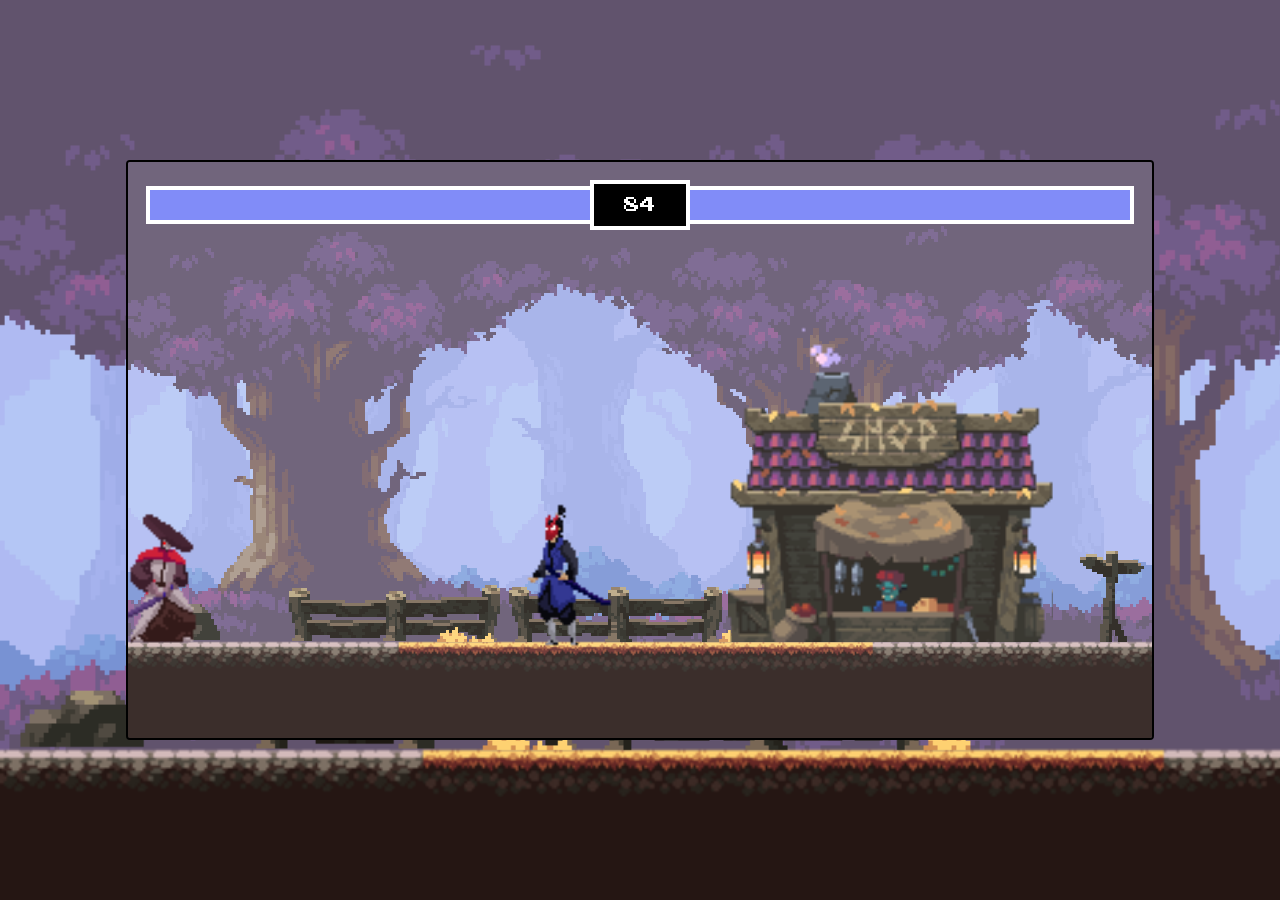
Repository: LuizAGDomingues/js-fighting-game
Page: index.html
An editor plug-in stored every save of this project. The page is shown before and after the next save, followed by the edit.
The browser window is 1280 px wide. The pictures show the whole page.

Above is the page before, as saved 2022-12-24 10:02:13.

### index.html
<!DOCTYPE html>
<html lang="en">
  <head>
    <meta charset="UTF-8" />
    <link rel="icon" type="image/svg+xml" href="./images/Logo.jpg" />
    <link rel="preconnect" href="https://fonts.googleapis.com" />
    <link rel="preconnect" href="https://fonts.gstatic.com" crossorigin />
    <link href="https://fonts.googleapis.com/css2?family=Press+Start+2P&display=swap" rel="stylesheet" />
    <link href="./src/css/battle.css" rel="stylesheet" />
    <meta name="viewport" content="width=device-width, initial-scale=1.0" />
    <title>Figthing Game</title>
  </head>
  <body>
    <div class="content">
      <div class="life-bars">
        <!-- player health -->
        <div class="playerHealth-content">
          <div class="playerHealth-aux"></div>
          <div id="playerHealth" class="playerHealth-bar"></div>
        </div>
        <!-- timer -->
        <div id="timer" class="timer">10</div>
        <!-- enemy health -->
        <div class="enemyHealth-content">
          <div class="enemyHealth-aux"></div>
          <div id="enemyHealth" class="enemyHealth-bar"></div>
        </div>
      </div>
      <div id="displayText" class="result">Tie</div>
      <canvas style="border-radius: 4px; border: 2px solid black;"></canvas>
    </div>
    <script
      src="https://cdnjs.cloudflare.com/ajax/libs/gsap/3.11.3/gsap.min.js"
      integrity="sha512-gmwBmiTVER57N3jYS3LinA9eb8aHrJua5iQD7yqYCKa5x6Jjc7VDVaEA0je0Lu0bP9j7tEjV3+1qUm6loO99Kw=="
      crossorigin="anonymous"
      referrerpolicy="no-referrer"
    ></script>
    <script src="./src/utils.js"></script>
    <script src="./src/classes.js"></script>
    <script src="./src/main.js"></script>
  </body>
</html>

### src/css/battle.css
* {
  box-sizing: border-box;
  font-family: 'Press Start 2P', sans-serif;
}

body {
  width: 100%;
  height: 100%;
  display: flex;
  justify-content: center;
  margin: 10rem 0;
  overflow: hidden;
  background-image: url(../../images/background.png);
  background-repeat: no-repeat;
  background-size: cover;
}

.content {
  position: relative;
  display: inline-block;
}

.life-bars {
  position: absolute;
  display: flex;
  width: 100%;
  align-items: center;
  padding: 20px;
}

.playerHealth-content {
  position: relative;
  width: 100%;
  display: flex;
  justify-content: flex-end;
  border-top: 4px solid white;
  border-left: 4px solid white;
  border-bottom: 4px solid white;
}

.playerHealth-aux {
  background-color: red;
  height: 30px;
  width: 100%;
}

.playerHealth-bar {
  position: absolute;
  background: #818CF8;
  top: 0;
  right: 0;
  bottom: 0;
  width: 100%;
}

.timer {
  background-color: black;
  width: 100px;
  height: 50px;
  flex-shrink: 0;
  display: flex;
  align-items: center;
  justify-content: center;
  color: white;
  border: 4px solid white;
}

.enemyHealth-content {
  position: relative;
  width: 100%;
  border-top: 4px solid white;
  border-right: 4px solid white;
  border-bottom: 4px solid white;
}

.enemyHealth-aux {
  background-color: red;
  height: 30px;
}

.enemyHealth-bar {
  position: absolute;
  background: #818CF8;
  top: 0;
  right: 0;
  bottom: 0;
  left: 0;
}

.result {
  position: absolute;
  color: white;
  align-items: center;
  justify-content: center;
  top: 0;
  right: 0;
  bottom: 0;
  left: 0;
  display: none;
}

### src/utils.js
function rectangularCollision({ rectangle1, rectangle2 }) {
  return (
    rectangle1.attackBox.position.x + rectangle1.attackBox.width >= rectangle2.position.x
    && rectangle1.attackBox.position.x <= rectangle2.position.x + rectangle2.width
    && rectangle1.attackBox.position.y + rectangle1.attackBox.height >= rectangle2.position.y
    && rectangle1.attackBox.position.y <= rectangle2.position.y + rectangle2.height
  )
};

function determineWinner({player, enemy, timerId}) {
  clearTimeout(timerId)
  document.querySelector('#displayText').style.display = 'flex'
  if(player.health === enemy.health) {
    document.querySelector('#displayText').innerHTML = 'Tie'
  } else if (player.health > enemy.health) {
    document.querySelector('#displayText').innerHTML = 'Player 1 wins'
  } else if (player.health < enemy.health) {
    document.querySelector('#displayText').innerHTML = 'Player 2 wins'
  }
};

### src/classes.js
class Sprite {
  constructor({position, imageSrc, scale = { x: 1, y: 1 }, framesMax = 1, offset = { x: 0, y: 0 }}) {
    this.position = position
    this.image = new Image()
    this.image.src = imageSrc
    this.scale = scale
    this.framesMax = framesMax
    this.framesCurrent = 0
    this.framesElapsed = 0
    this.framesHold = 5
    this.offset = offset
  }

  draw() {
    c.drawImage(
      this.image,
      this.framesCurrent * (this.image.width / this.framesMax),
      0,
      this.image.width / this.framesMax,
      this.image.height,
      this.position.x - this.offset.x,
      this.position.y - this.offset.y,
      (this.image.width / this.framesMax) * this.scale.x,
      this.image.height * this.scale.y
    )
  }

  animateFrames() {
    this.framesElapsed++
    if(this.framesElapsed % this.framesHold === 0) {
      if(this.framesCurrent < this.framesMax - 1) {
        this.framesCurrent++
      } else {
        this.framesCurrent = 0
      }
    }
  }

  update() {
    this.draw()
    this.animateFrames()
  }
}

class Fighter extends Sprite {
  constructor({
    position,
    velocity,
    color = 'red',
    imageSrc,
    scale = { x: 1, y: 1 },
    framesMax = 1,
    offset = { x: 0, y: 0 },
    sprites,
    attackBox = { offset: {}, width: undefined, height: undefined }
  }) {
    super({
      position,
      imageSrc,
      scale,
      framesMax,
      offset
    })

    this.velocity = velocity
    this.width = 50
    this.height = 150
    this.lastKey
    this.attackBox = {
      position: {
        x: this.position.x,
        y: this.position.y
      },
      offset: attackBox.offset,
      width: attackBox.width,
      height: attackBox.height
    }
    this.color = color
    this.isAttacking
    this.health = 100
    this.framesCurrent = 0
    this.framesElapsed = 0
    this.framesHold = 5
    this.sprites = sprites
    this.dead = false

    for (const sprite in this.sprites) {
      sprites[sprite].image = new Image()
      sprites[sprite].image.src = sprites[sprite].imageSrc
    }
  }

  update() {
    this.draw()
    if(!this.dead) this.animateFrames()

    this.attackBox.position.x = this.position.x + this.attackBox.offset.x
    this.attackBox.position.y = this.position.y + this.attackBox.offset.y

    // Draw the attack box
    //c.fillRect(this.attackBox.position.x, this.attackBox.position.y, this.attackBox.size.width, this.attackBox.height)

    this.position.x += this.velocity.x
    this.position.y += this.velocity.y

    // gravity function
    if(this.position.y + this.height + this.velocity.y >= canvas.height - 96) {
      this.velocity.y = 0
      this.position.y = 330
    } else this.velocity.y += gravity

  }

  attack() {
    if(this.image === this.sprites.takeHit.image || this.image === this.sprites.death.image) {
      return
    } else {
      this.switchSprite('attack1')
      this.isAttacking = true
    }
  }

  takeHit() {
    this.health -= 20
    if(this.health <= 0) {
      this.switchSprite('death')
    } else {
      this.switchSprite('takeHit')
    }
  }

  switchSprite(sprite) {
    if(this.image === this.sprites.death.image) {
      if(this.framesCurrent === this.sprites.death.framesMax - 1)
        this.dead = true
      return
    }
    // overriding all other animations with the attack animation
    if(
      this.image === this.sprites.attack1.image &&
      this.framesCurrent < this.sprites.attack1.framesMax - 1
    ) return
    // overriding when figther gets hit
    if(
      this.image === this.sprites.takeHit.image &&
      this.framesCurrent < this.sprites.takeHit.framesMax - 1
    ) return

    switch(sprite) {
      case 'idle':
        if(this.image !== this.sprites.idle.image) {
          this.image = this.sprites.idle.image
          this.framesMax = this.sprites.idle.framesMax
          this.framesCurrent = 0
        }
        break
      case 'run':
        if(this.image !== this.sprites.run.image) {
          this.image = this.sprites.run.image
          this.framesMax = this.sprites.run.framesMax
          this.framesCurrent = 0
        }
        break
      case 'jump':
        if(this.image !== this.sprites.jump.image) {
          this.image = this.sprites.jump.image
          this.framesMax = this.sprites.jump.framesMax
          this.framesCurrent = 0
        }
        break
      case 'fall':
        if(this.image !== this.sprites.fall.image) {
          this.image = this.sprites.fall.image
          this.framesMax = this.sprites.fall.framesMax
          this.framesCurrent = 0
        }
        break
      case 'attack1':
        if(this.image !== this.sprites.attack1.image) {
          this.image = this.sprites.attack1.image
          this.framesMax = this.sprites.attack1.framesMax
          this.framesCurrent = 0
        }
        break
      case 'takeHit':
        if(this.image !== this.sprites.takeHit.image) {
          this.image = this.sprites.takeHit.image
          this.framesMax = this.sprites.takeHit.framesMax
          this.framesCurrent = 0
        }
        break
      case 'death':
        if(this.image !== this.sprites.death.image) {
          this.image = this.sprites.death.image
          this.framesMax = this.sprites.death.framesMax
          this.framesCurrent = 0
        }
        break
    }
  }
}

### src/main.js
const canvas = document.querySelector('canvas');
const c = canvas.getContext('2d');

canvas.width = 1024
canvas.height = 576

c.fillRect(0, 0, canvas.width, canvas.height)

const gravity = .7

var gameIsOver = false

const background = new Sprite({
  position: {
    x: 0,
    y: 0
  },
  imageSrc: '../images/background.png'
})

const shop = new Sprite({
  position: {
    x: 600,
    y: 128
  },
  imageSrc: '../images/shop.png',
  scale: {
    x: 2.75,
    y: 2.75
  },
  framesMax: 6
})

const player = new Fighter({
  position: {
    x: 0,
    y: 0
  },
  velocity: {
    x: 0,
    y: 0
  },
  offset: {
    x: 0,
    y: 0
  },
  imageSrc: '../images/samuraiMack/Idle.png',
  framesMax: 8,
  scale: {
    x: 2.5,
    y: 2.5
  },
  offset: {
    x: 215,
    y: 155
  },
  sprites: {
    idle: {
      imageSrc: '../images/samuraiMack/Idle.png',
      framesMax: 8
    },
    run: {
      imageSrc: '../images/samuraiMack/Run.png',
      framesMax: 8
    },
    jump: {
      imageSrc: '../images/samuraiMack/Jump.png',
      framesMax: 2
    },
    fall: {
      imageSrc: '../images/samuraiMack/Fall.png',
      framesMax: 2
    },
    attack1: {
      imageSrc: '../images/samuraiMack/Attack1.png',
      framesMax: 6
    },
    takeHit: {
      imageSrc: '../images/samuraiMack/Take Hit.png',
      framesMax: 4
    },
    death: {
      imageSrc: '../images/samuraiMack/Death.png',
      framesMax: 6
    }
  },
  attackBox: {
    offset: {
      x: 100,
      y: 50
    },
    width: 140,
    height: 50
  }
})

const enemy = new Fighter({
  position: {
    x: 400,
    y: 100
  },
  velocity: {
    x: 0,
    y: 0
  },
  color: 'blue',
  offset: {
    x: -50,
    y: 0
  },
  imageSrc: '../images/kenji/Idle.png',
  framesMax: 4,
  scale: {
    x: 2.5,
    y: 2.5
  },
  offset: {
    x: 215,
    y: 167
  },
  sprites: {
    idle: {
      imageSrc: '../images/kenji/Idle.png',
      framesMax: 4
    },
    run: {
      imageSrc: '../images/kenji/Run.png',
      framesMax: 8
    },
    jump: {
      imageSrc: '../images/kenji/Jump.png',
      framesMax: 2
    },
    fall: {
      imageSrc: '../images/kenji/Fall.png',
      framesMax: 2
    },
    attack1: {
      imageSrc: '../images/kenji/Attack1.png',
      framesMax: 4
    },
    takeHit: {
      imageSrc: '../images/kenji/Take hit.png',
      framesMax: 3
    },
    death: {
      imageSrc: '../images/kenji/Death.png',
      framesMax: 7
    }
  },
  attackBox: {
    offset: {
      x: -170,
      y: 50
    },
    width: 170,
    height: 50
  }
})

const keys = {
  a: {
    pressed: false
  },
  d: {
    pressed: false
  },
  ArrowRight: {
    pressed: false
  },
  ArrowLeft: {
    pressed: false
  }
}

// Timer actions
let timer = 90
let timerId
function decreaseTimer() {
  if(timer > 0) {
    timerId = setTimeout(decreaseTimer, 1000)
    timer--
    document.querySelector('#timer').innerHTML = timer
  }
  if(timer === 0) {
    determineWinner({player, enemy, timerId})
    gameIsOver = true
  }
};
decreaseTimer();

function animate() {
  window.requestAnimationFrame(animate)
  c.fillStyle = 'black'
  c.fillRect(0, 0, canvas.width, canvas.height)
  background.update()
  shop.update()
  c.fillStyle = 'rgba(255, 255, 255, 0.1)'
  c.fillRect(0, 0, canvas.width, canvas.height)
  player.update()
  enemy.update()

  player.velocity.x = 0
  enemy.velocity.x = 0

  // player movement
  if(keys.a.pressed && player.lastKey === 'a' && player.position.x >= 0 && player.image != player.sprites.attack1.image) {
    player.velocity.x = -5
    player.switchSprite('run')
  } else if(keys.d.pressed && player.lastKey === 'd' && player.position.x <= canvas.width - 60 && player.image != player.sprites.attack1.image) {
    player.velocity.x = 5
    player.switchSprite('run')
  } else {
    player.switchSprite('idle')
  }
  // player jumping
  if(player.velocity.y < 0) {
    player.switchSprite('jump')
  } else if(player.velocity.y > 0) {
    player.switchSprite('fall')
  }

  // enemy movement
  if(keys.ArrowLeft.pressed && enemy.lastKey === 'ArrowLeft' && enemy.position.x >= 0) {
    enemy.velocity.x = -5
    enemy.switchSprite('run')
  } else if(keys.ArrowRight.pressed && enemy.lastKey === 'ArrowRight' && enemy.position.x <= canvas.width - 50) {
    enemy.velocity.x = 5
    enemy.switchSprite('run')
  } else {
    enemy.switchSprite('idle')
  }
  // enemy jumping
  if(enemy.velocity.y < 0) {
    enemy.switchSprite('jump')
  } else if(enemy.velocity.y > 0) {
    enemy.switchSprite('fall')
  }

  // detect for collision & enemy is hit
  if(rectangularCollision({rectangle1: player, rectangle2: enemy}) && player.isAttacking && player.framesCurrent === 4) {
    enemy.takeHit()
    player.isAttacking = false
    gsap.to('#enemyHealth', {
      width: enemy.health + '%'
    })
  }

  //if player misses enemy
  if(player.isAttacking && player.framesCurrent === 4) {
    player.isAttacking = false
  }

  // detect for collision & player is hit
  if(rectangularCollision({rectangle1: enemy, rectangle2: player}) && enemy.isAttacking && enemy.framesCurrent === 2) {
    player.takeHit()
    enemy.isAttacking = false
    gsap.to('#playerHealth', {
      width: player.health + '%'
    })
  }

  //if enemy misses enemy
  if(enemy.isAttacking && enemy.framesCurrent === 2) {
    enemy.isAttacking = false
  }

  // end game base on health
  if(enemy.health <= 0 || player.health <= 0){
    determineWinner({player, enemy, timerId})
    gameIsOver = true
  }
}
animate()

window.addEventListener('keydown', (event) => {
  if(!player.dead && !gameIsOver) {
    switch (event.key) {
      case 'd':
        keys.d.pressed = true
        player.lastKey = 'd'
        break
      case 'a':
        keys.a.pressed = true
        player.lastKey = 'a'
        break
      case 'w':
        if(player.image === player.sprites.jump.image || player.image === player.sprites.fall.image) {
          break
        }
        player.velocity.y = -20
        break
      case ' ':
        player.attack()
        break
    }
  }
  if(!enemy.dead && !gameIsOver) {
    switch (event.key) {
      case 'ArrowRight':
        keys.ArrowRight.pressed = true
        enemy.lastKey = 'ArrowRight'
        break
      case 'ArrowLeft':
        keys.ArrowLeft.pressed = true
        enemy.lastKey = 'ArrowLeft'
        break
      case 'ArrowUp':
        if(enemy.image === enemy.sprites.jump.image || enemy.image === enemy.sprites.fall.image) {
          break
        }
        enemy.velocity.y = -20
        break
      case 'ArrowDown':
        enemy.attack()
        break
    }
  }
})

window.addEventListener('keyup', (event) => {
  switch (event.key) {
    case 'd':
      keys.d.pressed = false
      break
    case 'a':
      keys.a.pressed = false
      break

    case 'ArrowRight':
      keys.ArrowRight.pressed = false
      break
    case 'ArrowLeft':
      keys.ArrowLeft.pressed = false
      break
  }
})

After the next save:
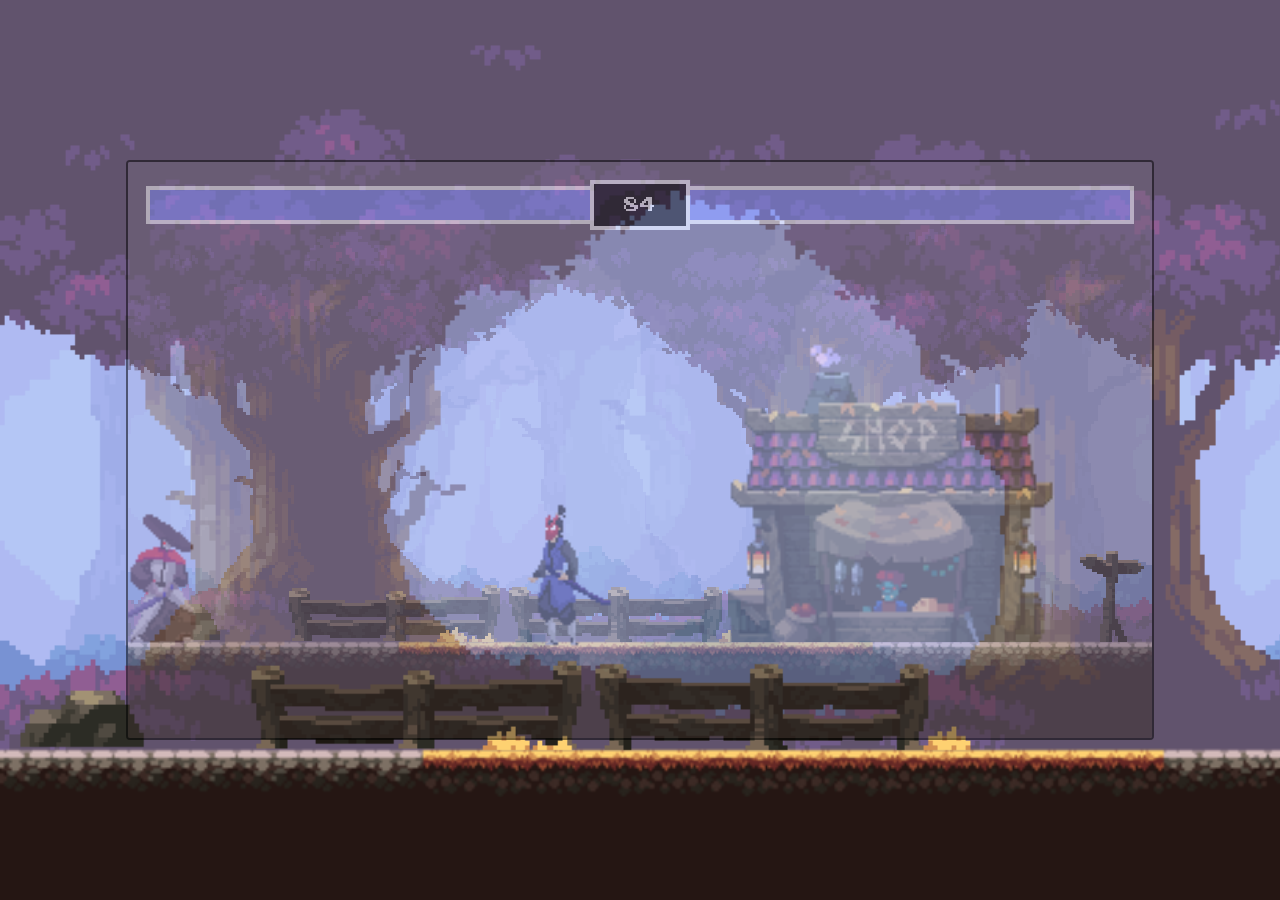
Saved 2 h 21 min later.
--- a/src/css/battle.css
+++ b/src/css/battle.css
@@ -13,6 +13,7 @@
   background-image: url(../../images/background.png);
   background-repeat: no-repeat;
   background-size: cover;
+  opacity: 50%;
 }
 
 .content {

After the save that followed:
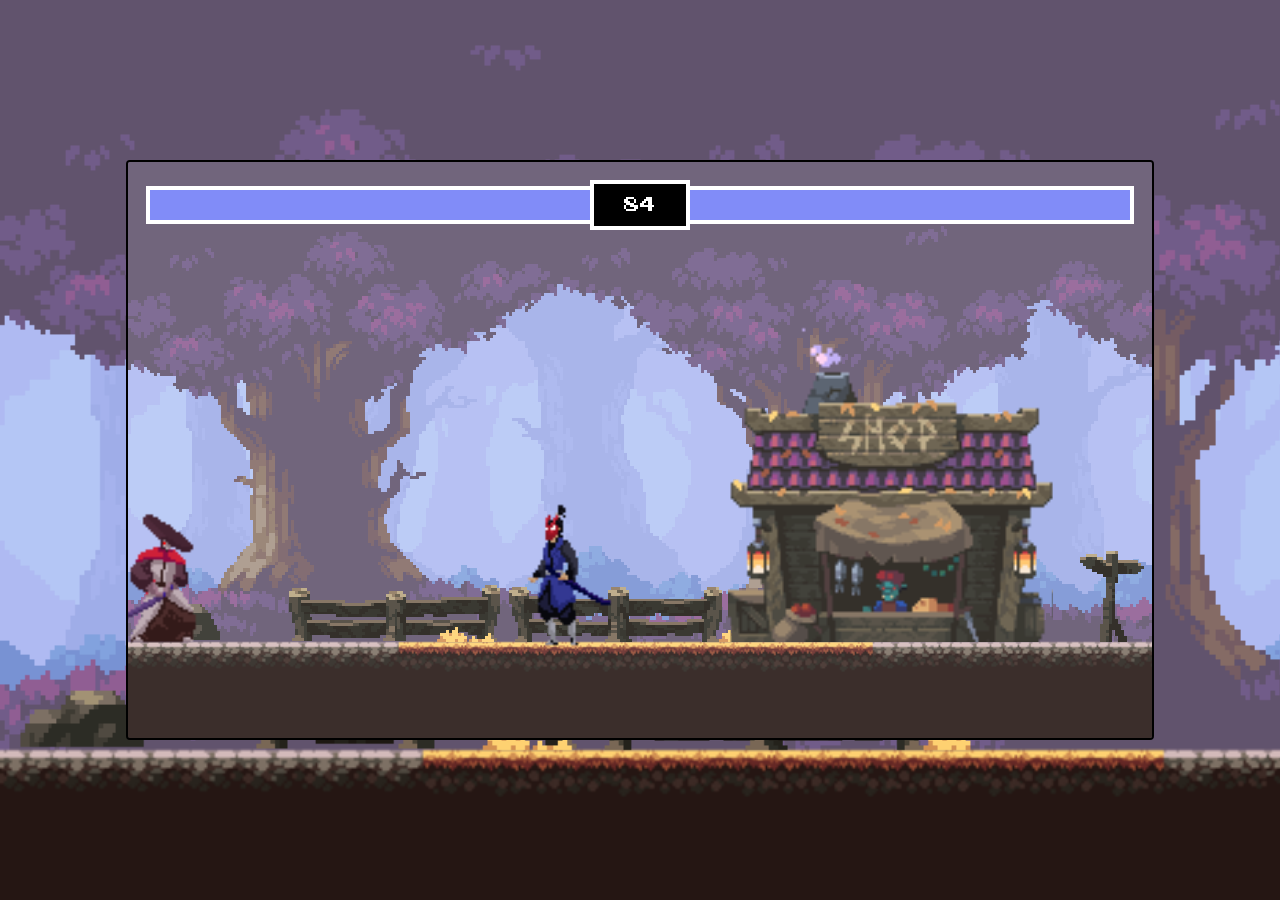
Saved 13 s later.
--- a/src/css/battle.css
+++ b/src/css/battle.css
@@ -13,7 +13,6 @@
   background-image: url(../../images/background.png);
   background-repeat: no-repeat;
   background-size: cover;
-  opacity: 50%;
 }
 
 .content {
